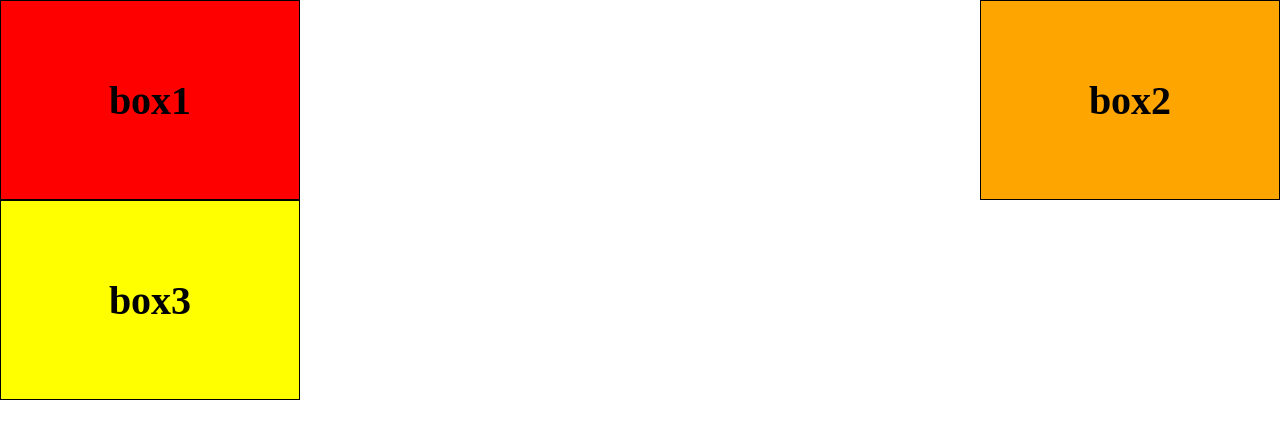
Repository: gwonjunsu95/html5
Page: html5/WebContent/day0301.html
These files come from the project's save history. The page is drawn as it stood at one moment and after the next save; the edit follows.
The browser window is 1280 px wide. The pictures show the whole page.

Above is the page before, as saved 2020-04-20 03:56:49.

### html5/WebContent/day0301.html
<!DOCTYPE html>
<html>
<head>
	<meta charset="UTF-8">
	<title>float 예제</title>
	<style>
		*{
			margin: 0;
			padding: 0;
			text-decoration: none;
			list-style: none;
		}

		div{
			width: 300px;
			height: 200px;
			text-align: center;
			line-height: 200px;
			font-size: 40px;
			font-weight: 700;
			border: 1px solid black;
			box-sizing: border-box;
		}

		#box1{
			background: red;
			float: left;
		}

		#box2{
			background: orange;
			float: right;
		}

		#box3{
			background: yellow;
			clear: both;
		}
	</style>
</head>
<body>
	<div id = "box1">box1</div>
	<div id = "box2">box2</div>
	<div id = "box3">box3</div>

</body>
</html>

After the next save:
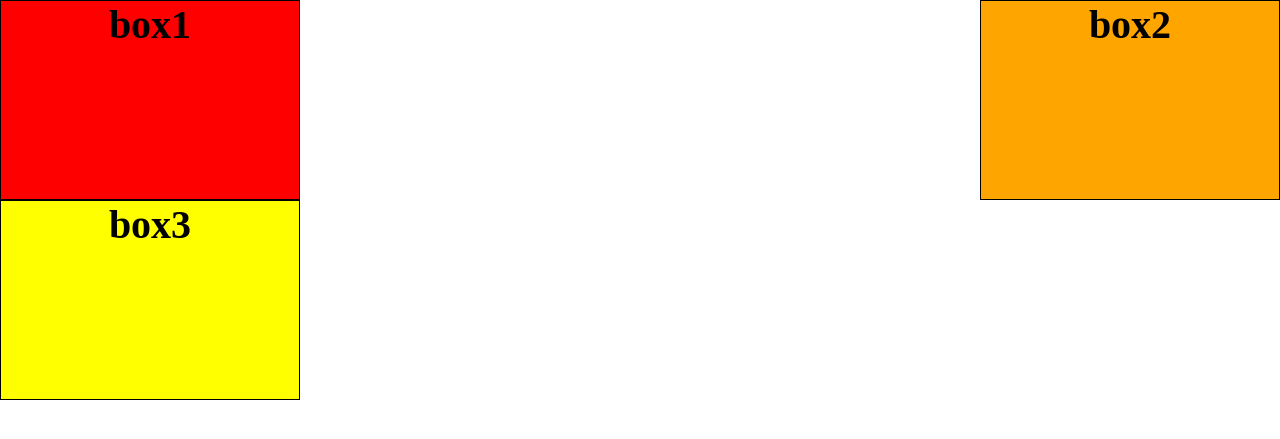
Saved 64 s later.
--- a/html5/WebContent/day0301.html
+++ b/html5/WebContent/day0301.html
@@ -15,7 +15,6 @@
 			width: 300px;
 			height: 200px;
 			text-align: center;
-			line-height: 200px;
 			font-size: 40px;
 			font-weight: 700;
 			border: 1px solid black;
